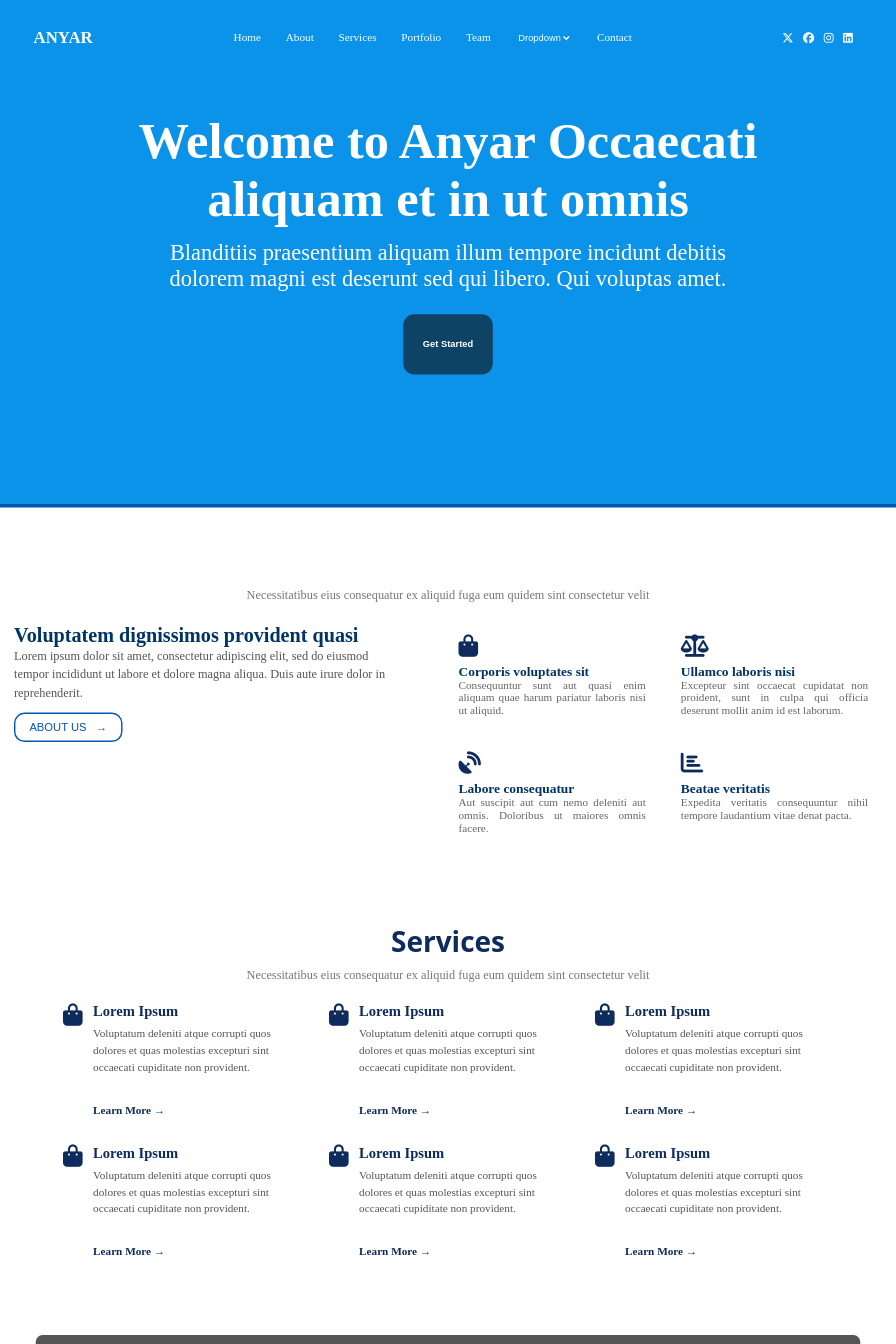
Repository: Sharathguru/web_Project
Page: Service.html
These files come from the project's save history. The page is drawn as it stood at one moment and after the next save; the edit follows.
The browser window is 1280 px wide. The pictures show the part of the page from y = 0 to 1920 px (the page is 3123 px tall), at 70% of full size.

Above is the page before, as saved 2025-03-21 21:00:02.

After the next save:
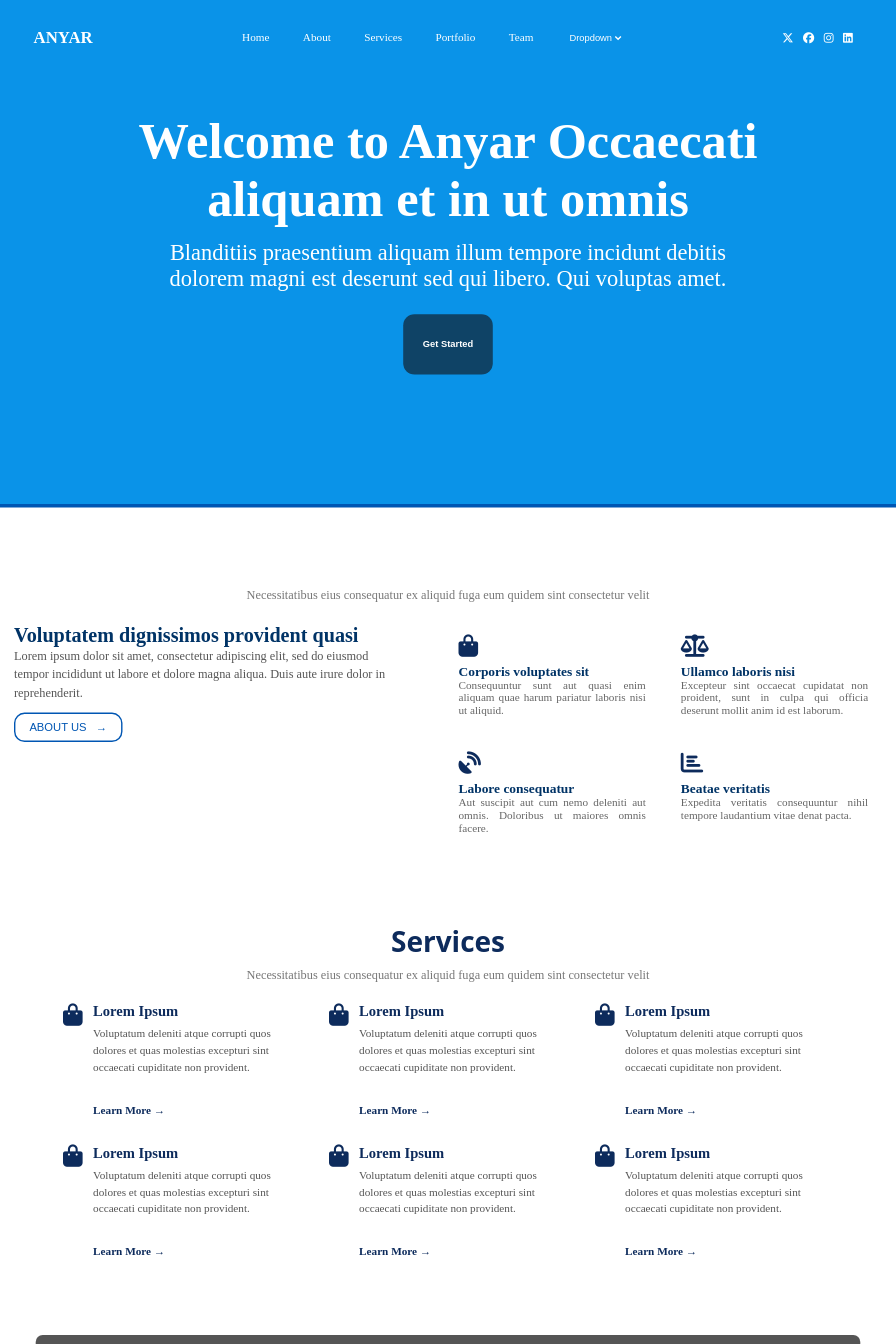
Saved 11 s later.
--- a/Service.html
+++ b/Service.html
@@ -30,7 +30,7 @@
             <option value="">Option 3</option>
           </select>
         </div>
-        <a href="#">Contact</a>
+
       </div>
 
       <div id="nav-heading3">
